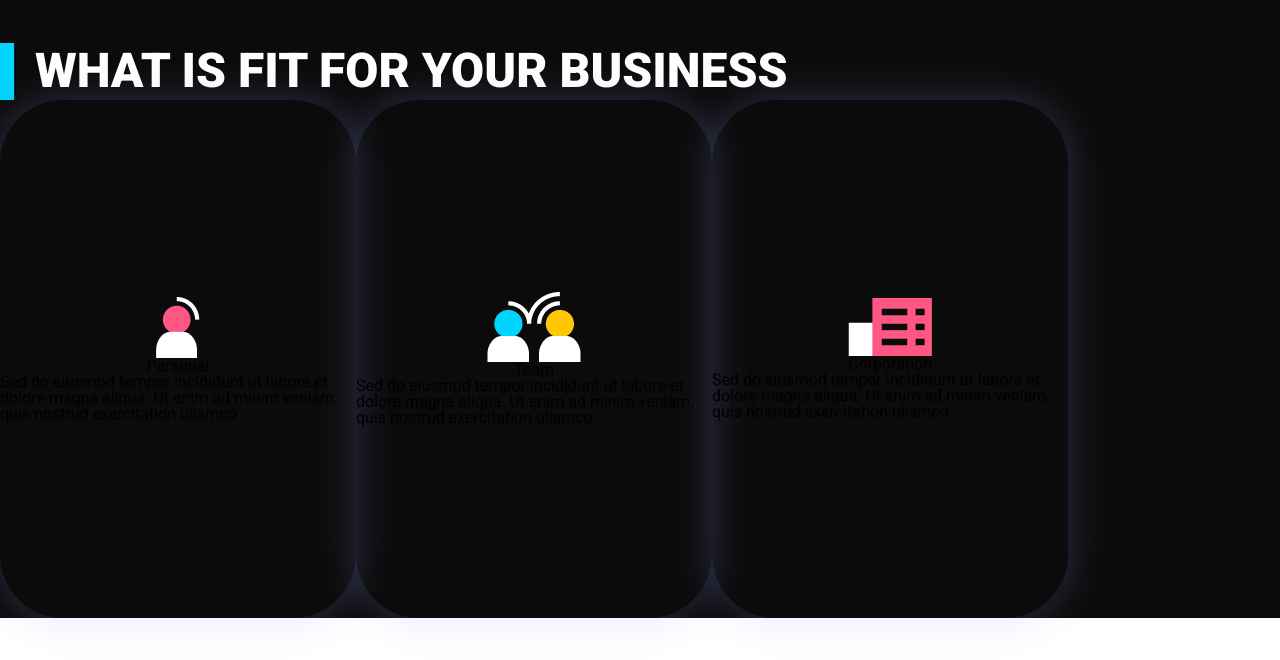
Repository: VetaWhale/team-site-test
Page: index.html
The author's editor kept a copy of each file at every save. The page is drawn from the files as they stood at one save, then again after the next save.
The browser window is 1280 px wide. The pictures show the whole page.
Some web fonts or font styles are not loaded; a fallback is used.

Above is the page before, as saved 2023-04-24 13:22:37.

After the next save:
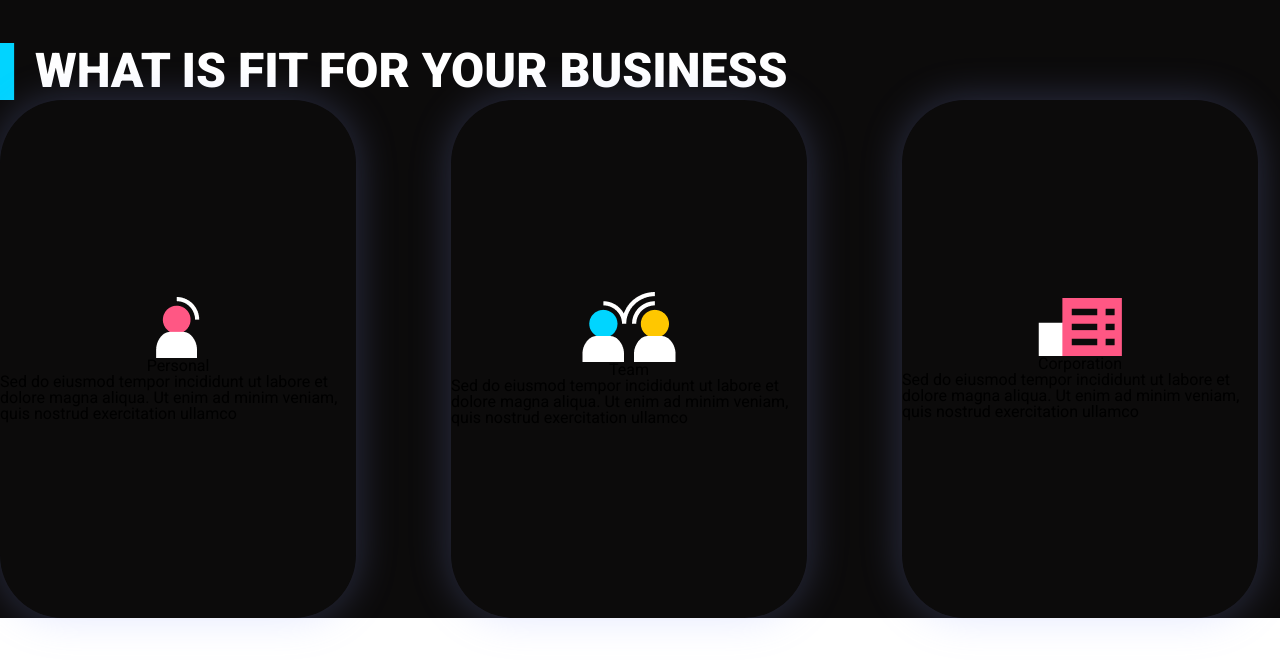
Saved 20 s later.
--- a/css/business.css
+++ b/css/business.css
@@ -11,6 +11,7 @@
     margin: 0 auto;
     display: flex;
     flex-direction: row;
+    gap: 95px;
 }
 
 .business__title {
